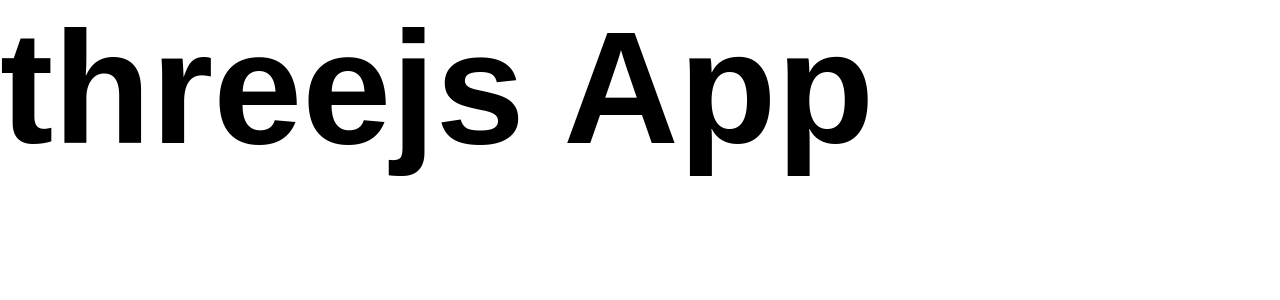
Repository: AlgoHussle/threejs
Page: / (app in client/)
These files come from the project's save history. The page is drawn as it stood at one moment and after the next save; the edit follows.
The browser window is 1280 px wide. The pictures show the whole page.
Some web fonts or font styles are not loaded; a fallback is used. The project was rebuilt for these pictures with package versions that can differ from the ones it lists, and the page was loaded fresh each time. Also part of the build but not shown: client/vite.config.js.

Above is the page before, as saved 2023-03-31 13:08:46.

After the next save:
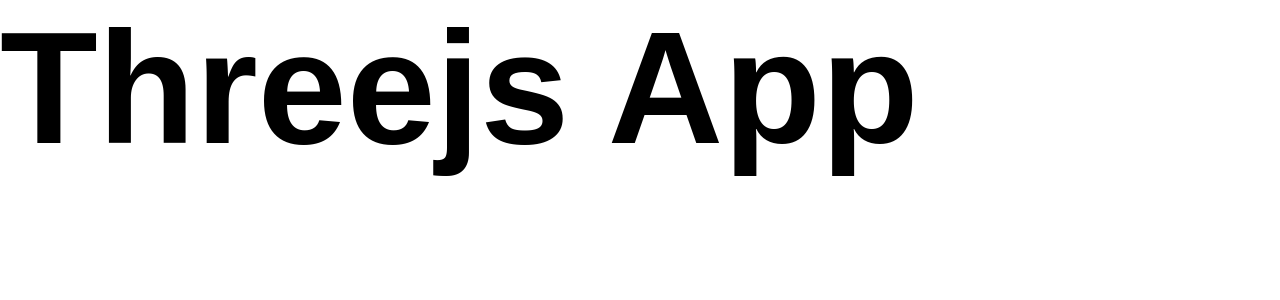
Saved 4 s later.
--- a/client/src/App.jsx
+++ b/client/src/App.jsx
@@ -1,7 +1,7 @@
 function App() {
   return (
     <div className="head-text ">
-      <h1>threejs App</h1>
+      <h1>Threejs App</h1>
       </div>
   )
 }
